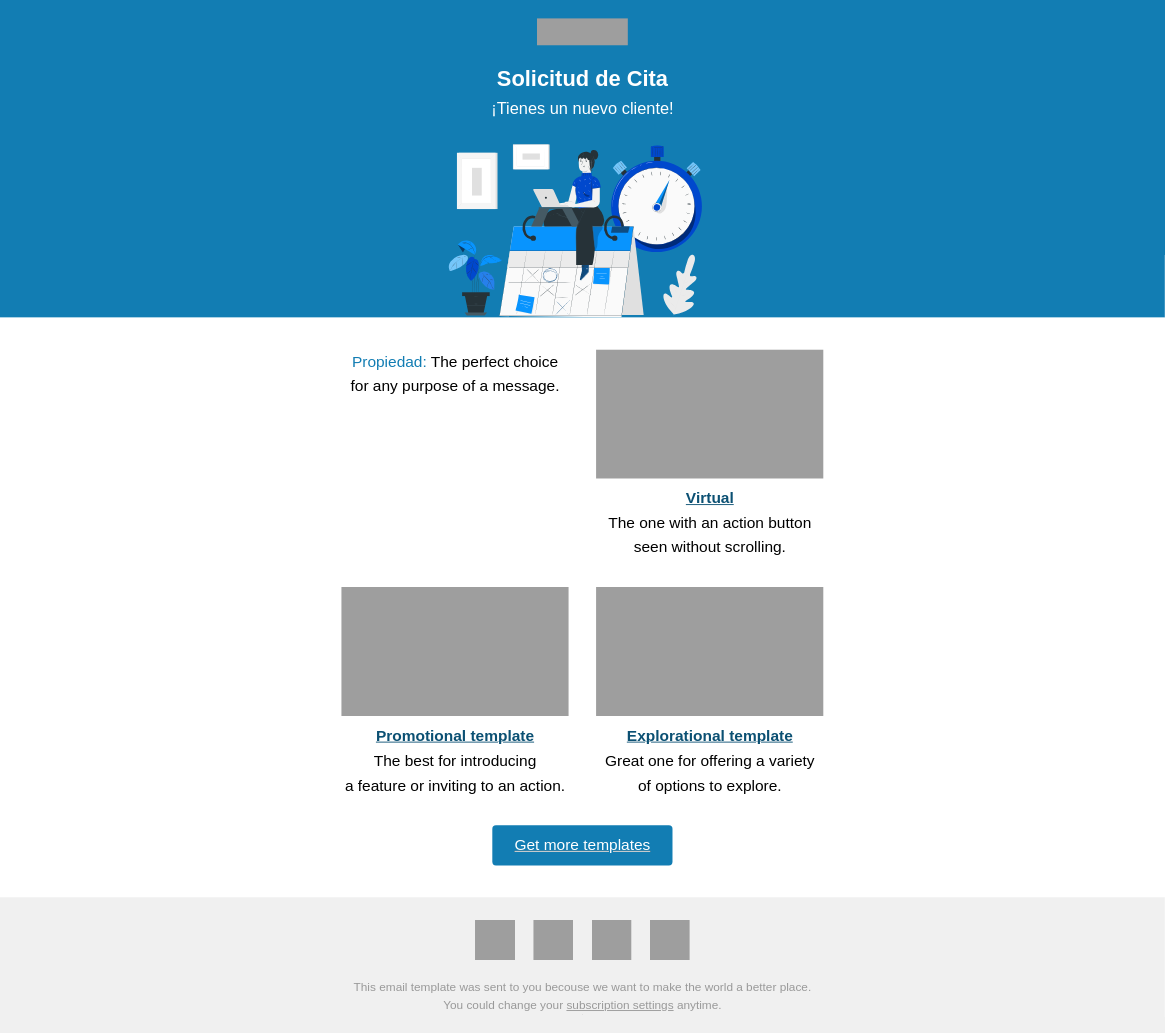
Repository: FabioMadrid/atlas_code
Page: correo_cita_vendedor.html
These files come from the project's save history. The page is drawn as it stood at one moment and after the next save; the edit follows.
The browser window is 1280 px wide. The pictures show the whole page, at 91% of full size.
Pictures or frames that could not be fetched are drawn as grey boxes.

Above is the page before, as saved 2021-01-14 16:24:48.

### correo_cita_vendedor.html
<html xmlns="http://www.w3.org/1999/xhtml">
<head>
	<meta http-equiv="content-type" content="text/html; charset=utf-8">
  	<meta name="viewport" content="width=device-width, initial-scale=1.0;">
 	<meta name="format-detection" content="telephone=no"/>

	<style>
/* Reset styles */
    body {
        margin: 0; padding: 0; min-width: 100%; width: 100% !important; height: 100% !important;
        }
    body, table, td, div, p, a {
        -webkit-font-smoothing: antialiased; text-size-adjust: 100%; -ms-text-size-adjust: 100%;
        -webkit-text-size-adjust: 100%; line-height: 100%;
        }
    table, td {
         mso-table-lspace: 0pt; mso-table-rspace: 0pt;
         border-collapse: collapse !important; border-spacing: 0; }
    img {
        border: 0; line-height: 100%; outline: none; text-decoration: none;
        -ms-interpolation-mode: bicubic;
        }
    #outlook a { padding: 0; }
    .ReadMsgBody { width: 100%; }
    .ExternalClass { width: 100%; }
    .ExternalClass, .ExternalClass p, .ExternalClass span, .ExternalClass font, .E
    xternalClass td, .ExternalClass div {
        line-height: 100%;
        }

/* Extra floater space for advanced mail clients only */
@media all and (max-width: 600px) {
	.floater { width: 320px; }
}

/* Set color for auto links (addresses, dates, etc.) */
a, a:hover {
	color: #127DB3;
}
.footer a, .footer a:hover {
	color: #999999;
}

 	</style>

	<!-- MESSAGE SUBJECT -->
	<title>Cita Confirmada</title>

</head>

<!-- BODY -->
<!-- Set message background color (twice) and text color (twice) -->
<body topmargin="0" rightmargin="0" bottommargin="0" leftmargin="0" marginwidth="0" marginheight="0" width="100%" style="border-collapse: collapse; border-spacing: 0; margin: 0; padding: 0; width: 100%; height: 100%; -webkit-font-smoothing: antialiased; text-size-adjust: 100%; -ms-text-size-adjust: 100%; -webkit-text-size-adjust: 100%; line-height: 100%;
	background-color: #FFFFFF;
	color: #000000;"
	bgcolor="#FFFFFF"
	text="#000000">

<!-- SECTION / BACKGROUND -->
<!-- Set section background color -->
<table width="100%" align="center" border="0" cellpadding="0" cellspacing="0" style="border-collapse: collapse; border-spacing: 0; margin: 0; padding: 0; width: 100%;" class="background"><tr><td align="center" valign="top" style="border-collapse: collapse; border-spacing: 0; margin: 0; padding: 0;"
	bgcolor="#127DB3">

<!-- WRAPPER -->
<!-- Set wrapper width (twice) -->
<table border="0" cellpadding="0" cellspacing="0" align="center"
	width="600" style="border-collapse: collapse; border-spacing: 0; padding: 0; width: inherit;
	max-width: 600px;" class="wrapper">

	<tr>
		<td align="center" valign="top" style="border-collapse: collapse; border-spacing: 0; margin: 0; padding: 0; padding-left: 6.25%; padding-right: 6.25%; width: 87.5%;
			padding-top: 20px;">

			<!-- PREHEADER -->
			<!-- Set text color to background color -->
			<div style="display: none; visibility: hidden; overflow: hidden; opacity: 0; font-size: 1px; line-height: 1px; height: 0; max-height: 0; max-width: 0;
			color: #FFFFFF;" class="preheader">
				Available on&nbsp;GitHub and&nbsp;CodePen. holis aqui va un texto</div>

			<!-- LOGO -->
			<!-- Image text color should be opposite to background color. Set your url, image src, alt and title. Alt text should fit the image size. Real image size should be x2. URL format: http://domain.com/?utm_source={{Campaign-Source}}&utm_medium=email&utm_content=logo&utm_campaign={{Campaign-Name}} -->
			<a target="_blank" style="text-decoration: none;"
				href="https://github.com/konsav/email-templates/"><img border="0" vspace="0" hspace="0"
				src="https://raw.githubusercontent.com/konsav/email-templates/master/images/logo-white.png"
				width="100" height="30"
				alt="Logo" title="Logo" style="
				color: #000000;
				font-size: 10px; margin: 0; padding: 0; outline: none; text-decoration: none; -ms-interpolation-mode: bicubic; border: none; display: block;" /></a>

		</td>
	</tr>

	<!-- HEADER -->
	<!-- Set text color and font family ("sans-serif" or "Georgia, serif") -->
	<tr>
		<td align="center" valign="top" style="border-collapse: collapse; border-spacing: 0; margin: 0; padding: 0; padding-left: 6.25%; padding-right: 6.25%; width: 87.5%; font-size: 24px; font-weight: bold; line-height: 130%;
			padding-top: 20px;
			color: #FFFFFF;
			font-family: sans-serif;" class="header">
				Solicitud de Cita
		</td>
	</tr>

	<!-- SUBHEADER -->
	<!-- Set text color and font family ("sans-serif" or "Georgia, serif") -->
	<tr>
		<td align="center" valign="top" style="border-collapse: collapse; border-spacing: 0; margin: 0; padding: 0; padding-bottom: 3px; padding-left: 6.25%; padding-right: 6.25%; width: 87.5%; font-size: 18px; font-weight: 300; line-height: 150%;
			padding-top: 5px;
			color: #FFFFFF;
			font-family: sans-serif;" class="subheader">
				¡Tienes un nuevo cliente!
		</td>
	</tr>

	<!-- HERO IMAGE -->
	<!-- Image text color should be opposite to background color. Set your url, image src, alt and title. Alt text should fit the image size. Real image size should be x2 (wrapper x2). Do not set height for flexible images (including "auto"). URL format: http://domain.com/?utm_source={{Campaign-Source}}&utm_medium=email&utm_content={{Ìmage-Name}}&utm_campaign={{Campaign-Name}} -->
	<tr>
		<td align="center" valign="top" style="border-collapse: collapse; border-spacing: 0; margin: 0; padding: 0;
			padding-top: 20px;" class="hero"><a target="_blank" style="text-decoration: none;"
			href="#"><img border="0" vspace="0" hspace="0"
			src="./svg/calendario_mujer.svg"
			alt="Please enable images to view this content" title="Hero Image"
			width="530" style="
			width: 88.33%;
			max-width: 530px;
			color: #FFFFFF; font-size: 13px; margin: 0; padding: 0; outline: none; text-decoration: none; -ms-interpolation-mode: bicubic; border: none; display: block;"/></a></td>
	</tr>


<!-- End of WRAPPER -->
</table>

<!-- SECTION / BACKGROUND -->
<!-- Set section background color -->
</td></tr><tr><td align="center" valign="top" style="border-collapse: collapse; border-spacing: 0; margin: 0; padding: 0;
	padding-top: 5px;"
	bgcolor="#FFFFFF">

<!-- WRAPPER -->
<!-- Set conteiner background color -->
<table border="0" cellpadding="0" cellspacing="0" align="center"
	width="600" style="border-collapse: collapse; border-spacing: 0; padding: 0; width: inherit;
	max-width: 600px;">

	<!-- FLOATERS -->
	<!-- Floaters (left align tables) need extra 10px spacing in a line (Outlook fix). Floater table width = (wrapper width / 2) - 10px. Set text color and font family ("sans-serif" or "Georgia, serif"). Duplicate all text styles in links, including line-height. Image text color should be opposite to background color. Set your url, image src, alt and title. Alt text should fit the image size. Real image size should be x2. Do not set height for flexible images (including "auto"). URL format: http://domain.com/?utm_source={{Campaign-Source}}&utm_medium=email&utm_content={{Ìmage-Name}}&utm_campaign={{Campaign-Name}} -->
	<tr>
		<td align="center" valign="top" style="border-collapse: collapse; border-spacing: 0; margin: 0; padding: 0; padding-left: 10px; padding-right: 10px;" class="floaters"><table width="280" border="0" cellpadding="0" cellspacing="0" align="left" valign="top" style="border-collapse: collapse; mso-table-lspace: 0pt; mso-table-rspace: 0pt; border-spacing: 0; margin: 0; padding: 0; display: inline-table; float: none;" class="floater"><tr><td align="center" valign="top" style="border-collapse: collapse; border-spacing: 0; margin: 0; padding: 0; padding-left: 15px; padding-right: 15px; font-size: 17px; font-weight: 400; line-height: 160%;
			padding-top: 30px;
			font-family: sans-serif;
            color: #000000;">
            <a target="_blank" style="text-decoration: none;
			font-size: 17px; line-height: 160%;"
			href="https://github.com/konsav/email-templates">Propiedad:</b></a>
				The&nbsp;perfect choice for any purpose of a&nbsp;message.
        </td>
    </tr>
    </table><table width="280" border="0" cellpadding="0" cellspacing="0" align="right" valign="top" style="border-collapse: collapse; mso-table-lspace: 0pt; mso-table-rspace: 0pt; border-spacing: 0; margin: 0; padding: 0; display: inline-table; float: none;" class="floater"><tr><td align="center" valign="top" style="border-collapse: collapse; border-spacing: 0; margin: 0; padding: 0; padding-left: 15px; padding-right: 15px; font-size: 17px; font-weight: 400; line-height: 160%;
			padding-top: 30px;
			font-family: sans-serif;
			color: #000000;"><a target="_blank" style="text-decoration: none;
			font-size: 17px; line-height: 160%;"
			href="https://github.com/konsav/email-templates"><img border="0" vspace="0" hspace="0"
			src="https://raw.githubusercontent.com/konsav/email-templates/master/images/hero-grid.png"
			width="250" height="142"
			alt="Grid Item" title="Grid Item" style="
			color: #000000; font-size: 10px; margin: 0; padding: 0; outline: none; text-decoration: none; -ms-interpolation-mode: bicubic; border: none; display: block; margin-bottom: 8px;" />
				<b style="color:#0B5073; text-decoration: underline;">Virtual</b></a><br/>
				The&nbsp;one with an&nbsp;action button seen without scrolling.
		</td></tr></table></td>
	</tr>

	<!-- FLOATERS -->
	<!-- Floaters (left align tables) need extra 10px spacing in a line (Outlook fix). Floater table width = (wrapper width / 2) - 10px. Set text color and font family ("sans-serif" or "Georgia, serif"). Duplicate all text styles in links, including line-height. Image text color should be opposite to background color. Set your url, image src, alt and title. Alt text should fit the image size. Real image size should be x2. Do not set height for flexible images (including "auto"). URL format: http://domain.com/?utm_source={{Campaign-Source}}&utm_medium=email&utm_content={{Ìmage-Name}}&utm_campaign={{Campaign-Name}} -->
	<tr>
		<td align="center" valign="top" style="border-collapse: collapse; border-spacing: 0; margin: 0; padding: 0; padding-left: 10px; padding-right: 10px;" class="floaters"><table width="280" border="0" cellpadding="0" cellspacing="0" align="right" valign="top" style="border-collapse: collapse; mso-table-lspace: 0pt; mso-table-rspace: 0pt; border-spacing: 0; margin: 0; padding: 0; display: inline-table; float: none;" class="floater"><tr><td align="center" valign="top" style="border-collapse: collapse; border-spacing: 0; margin: 0; padding: 0; padding-left: 15px; padding-right: 15px; font-size: 17px; font-weight: 400; line-height: 160%;
			padding-top: 30px;
			font-family: sans-serif;
			color: #000000;"><a target="_blank" style="text-decoration: none;
			font-size: 17px; line-height: 160%;"
			href="https://github.com/konsav/email-templates"><img border="0" vspace="0" hspace="0"
			src="https://raw.githubusercontent.com/konsav/email-templates/master/images/hero-grid.png"
			width="250" height="142"
			alt="Grid Item" title="Grid Item" style="
			color: #000000; font-size: 10px; margin: 0; padding: 0; outline: none; text-decoration: none; -ms-interpolation-mode: bicubic; border: none; display: block; margin-bottom: 8px;" />
				<b style="color:#0B5073; text-decoration: underline;">Promotional template</b></a><br/>
				The&nbsp;best for introducing a&nbsp;feature or&nbsp;inviting to an&nbsp;action.
		</td></tr></table><table width="280" border="0" cellpadding="0" cellspacing="0" align="left" valign="top" style="border-collapse: collapse; mso-table-lspace: 0pt; mso-table-rspace: 0pt; border-spacing: 0; margin: 0; padding: 0; display: inline-table; float: none;" class="floater"><tr><td align="center" valign="top" style="border-collapse: collapse; border-spacing: 0; margin: 0; padding: 0; padding-left: 15px; padding-right: 15px; font-size: 17px; font-weight: 400; line-height: 160%;
			padding-top: 30px;
			font-family: sans-serif;
			color: #000000;"><a target="_blank" style="text-decoration: none;
			font-size: 17px; line-height: 160%;"
			href="https://github.com/konsav/email-templates"><img border="0" vspace="0" hspace="0"
			src="https://raw.githubusercontent.com/konsav/email-templates/master/images/hero-grid.png"
			width="250" height="142"
			alt="Grid Item" title="Grid Item" style="
			color: #000000; font-size: 10px; margin: 0; padding: 0; outline: none; text-decoration: none; -ms-interpolation-mode: bicubic; border: none; display: block; margin-bottom: 8px;" />
				<b style="color:#0B5073; text-decoration: underline;">Explorational template</b></a><br/>
				Great&nbsp;one for offering a&nbsp;variety of&nbsp;options to&nbsp;explore.
		</td></tr></table></td>
	</tr>

	<!-- BUTTON -->
	<!-- Set button background color at TD, link/text color at A and TD, font family ("sans-serif" or "Georgia, serif") at TD. For verification codes add "letter-spacing: 5px;". Link format: http://domain.com/?utm_source={{Campaign-Source}}&utm_medium=email&utm_content={{Button-Name}}&utm_campaign={{Campaign-Name}} -->
 	<tr>
		<td align="center" valign="top" style="border-collapse: collapse; border-spacing: 0; margin: 0; padding: 0; padding-left: 6.25%; padding-right: 6.25%; width: 87.5%;
			padding-top: 30px;
			padding-bottom: 35px;" class="button"><a
			href="https://github.com/konsav/email-templates/" target="_blank" style="text-decoration: underline;">
				<table border="0" cellpadding="0" cellspacing="0" align="center" style="max-width: 240px; min-width: 120px; border-collapse: collapse; border-spacing: 0; padding: 0;"><tr><td align="center" valign="middle" style="padding: 12px 24px; margin: 0; text-decoration: underline; border-collapse: collapse; border-spacing: 0; border-radius: 4px; -webkit-border-radius: 4px; -moz-border-radius: 4px; -khtml-border-radius: 4px;"
					bgcolor="#127DB3"><a target="_blank" style="text-decoration: underline;
					color: #FFFFFF; font-family: sans-serif; font-size: 17px; font-weight: 400; line-height: 120%;"
					href="https://github.com/konsav/email-templates/">
						Get more templates
					</a>
			</td></tr></table></a>
		</td>
	</tr>

<!-- End of WRAPPER -->
</table>

<!-- SECTION / BACKGROUND -->
<!-- Set section background color -->
</td></tr><tr><td align="center" valign="top" style="border-collapse: collapse; border-spacing: 0; margin: 0; padding: 0;"
	bgcolor="#F0F0F0">

<!-- WRAPPER -->
<!-- Set wrapper width (twice) -->
<table border="0" cellpadding="0" cellspacing="0" align="center"
	width="600" style="border-collapse: collapse; border-spacing: 0; padding: 0; width: inherit;
	max-width: 600px;" class="wrapper">

	<!-- SOCIAL NETWORKS -->
	<!-- Image text color should be opposite to background color. Set your url, image src, alt and title. Alt text should fit the image size. Real image size should be x2 -->
	<tr>
		<td align="center" valign="top" style="border-collapse: collapse; border-spacing: 0; margin: 0; padding: 0; padding-left: 6.25%; padding-right: 6.25%; width: 87.5%;
			padding-top: 25px;" class="social-icons"><table
			width="256" border="0" cellpadding="0" cellspacing="0" align="center" style="border-collapse: collapse; border-spacing: 0; padding: 0;">
			<tr>

				<!-- ICON 1 -->
				<td align="center" valign="middle" style="margin: 0; padding: 0; padding-left: 10px; padding-right: 10px; border-collapse: collapse; border-spacing: 0;"><a target="_blank"
					href="https://raw.githubusercontent.com/konsav/email-templates/"
				style="text-decoration: none;"><img border="0" vspace="0" hspace="0" style="padding: 0; margin: 0; outline: none; text-decoration: none; -ms-interpolation-mode: bicubic; border: none; display: inline-block;
					color: #000000;"
					alt="F" title="Facebook"
					width="44" height="44"
					src="https://raw.githubusercontent.com/konsav/email-templates/master/images/social-icons/facebook.png"></a></td>

				<!-- ICON 2 -->
				<td align="center" valign="middle" style="margin: 0; padding: 0; padding-left: 10px; padding-right: 10px; border-collapse: collapse; border-spacing: 0;"><a target="_blank"
					href="https://raw.githubusercontent.com/konsav/email-templates/"
				style="text-decoration: none;"><img border="0" vspace="0" hspace="0" style="padding: 0; margin: 0; outline: none; text-decoration: none; -ms-interpolation-mode: bicubic; border: none; display: inline-block;
					color: #000000;"
					alt="T" title="Twitter"
					width="44" height="44"
					src="https://raw.githubusercontent.com/konsav/email-templates/master/images/social-icons/twitter.png"></a></td>

				<!-- ICON 3 -->
				<td align="center" valign="middle" style="margin: 0; padding: 0; padding-left: 10px; padding-right: 10px; border-collapse: collapse; border-spacing: 0;"><a target="_blank"
					href="https://raw.githubusercontent.com/konsav/email-templates/"
				style="text-decoration: none;"><img border="0" vspace="0" hspace="0" style="padding: 0; margin: 0; outline: none; text-decoration: none; -ms-interpolation-mode: bicubic; border: none; display: inline-block;
					color: #000000;"
					alt="G" title="Google Plus"
					width="44" height="44"
					src="https://raw.githubusercontent.com/konsav/email-templates/master/images/social-icons/googleplus.png"></a></td>

				<!-- ICON 4 -->
				<td align="center" valign="middle" style="margin: 0; padding: 0; padding-left: 10px; padding-right: 10px; border-collapse: collapse; border-spacing: 0;"><a target="_blank"
					href="https://raw.githubusercontent.com/konsav/email-templates/"
				style="text-decoration: none;"><img border="0" vspace="0" hspace="0" style="padding: 0; margin: 0; outline: none; text-decoration: none; -ms-interpolation-mode: bicubic; border: none; display: inline-block;
					color: #000000;"
					alt="I" title="Instagram"
					width="44" height="44"
					src="https://raw.githubusercontent.com/konsav/email-templates/master/images/social-icons/instagram.png"></a></td>

			</tr>
			</table>
		</td>
	</tr>

	<!-- FOOTER -->
	<!-- Set text color and font family ("sans-serif" or "Georgia, serif"). Duplicate all text styles in links, including line-height -->
	<tr>
		<td align="center" valign="top" style="border-collapse: collapse; border-spacing: 0; margin: 0; padding: 0; padding-left: 6.25%; padding-right: 6.25%; width: 87.5%; font-size: 13px; font-weight: 400; line-height: 150%;
			padding-top: 20px;
			padding-bottom: 20px;
			color: #999999;
			font-family: sans-serif;" class="footer">

				This email template was sent to&nbsp;you becouse we&nbsp;want to&nbsp;make the&nbsp;world a&nbsp;better place.<br/> You&nbsp;could change your <a href="https://github.com/konsav/email-templates/" target="_blank" style="text-decoration: underline; color: #999999; font-family: sans-serif; font-size: 13px; font-weight: 400; line-height: 150%;">subscription settings</a> anytime.

				<!-- ANALYTICS -->
				<!-- https://www.google-analytics.com/collect?v=1&tid={{UA-Tracking-ID}}&cid={{Client-ID}}&t=event&ec=email&ea=open&cs={{Campaign-Source}}&cm=email&cn={{Campaign-Name}} -->
				<img width="1" height="1" border="0" vspace="0" hspace="0" style="margin: 0; padding: 0; outline: none; text-decoration: none; -ms-interpolation-mode: bicubic; border: none; display: block;"
				src="https://raw.githubusercontent.com/konsav/email-templates/master/images/tracker.png" />

		</td>
	</tr>

<!-- End of WRAPPER -->
</table>

<!-- End of SECTION / BACKGROUND -->
</td></tr></table>

</body>
</html>

After the next save:
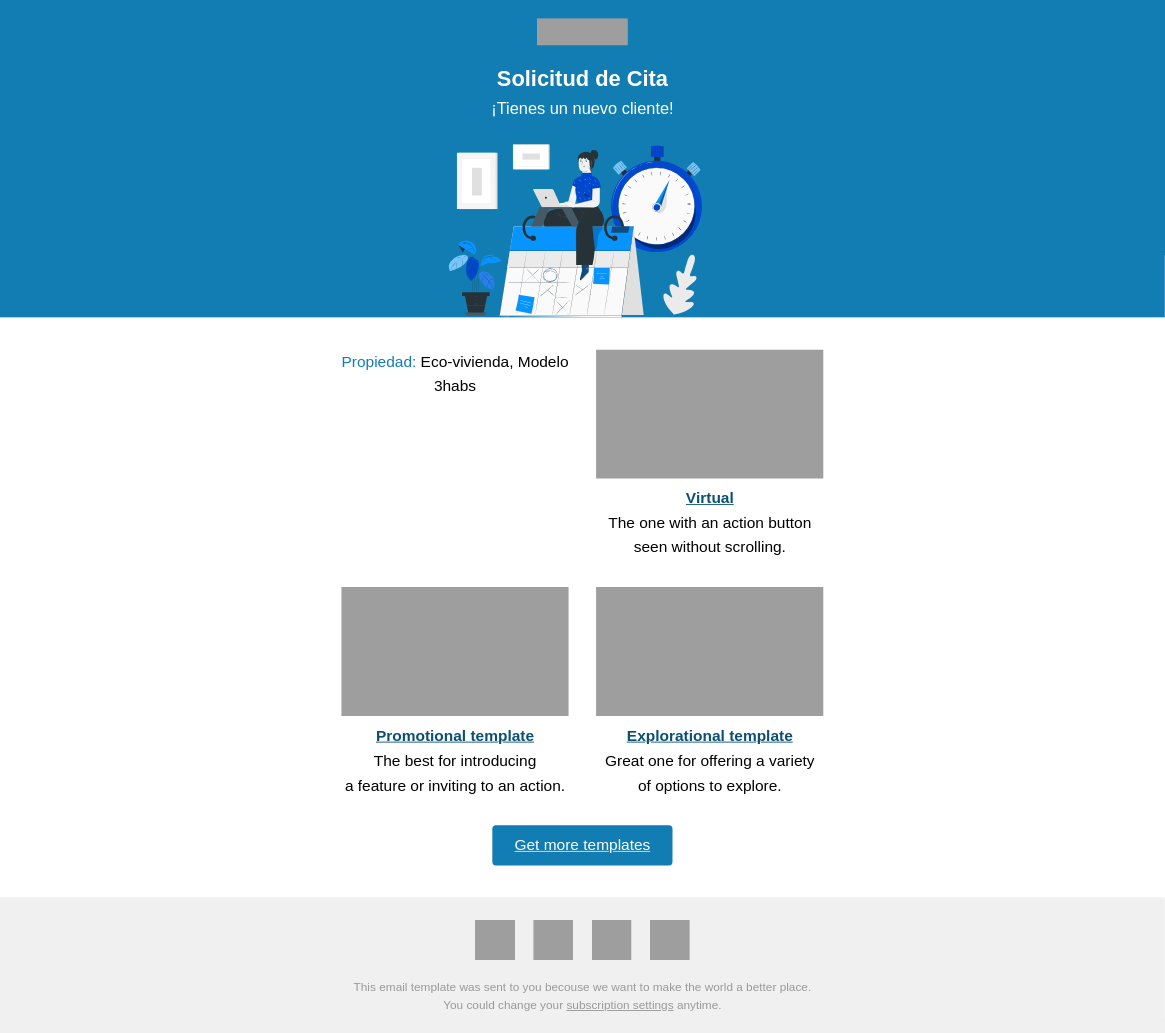
Saved 29 s later.
--- a/correo_cita_vendedor.html
+++ b/correo_cita_vendedor.html
@@ -152,7 +152,7 @@ a, a:hover {
             <a target="_blank" style="text-decoration: none;
 			font-size: 17px; line-height: 160%;"
 			href="https://github.com/konsav/email-templates">Propiedad:</b></a>
-				The&nbsp;perfect choice for any purpose of a&nbsp;message.
+				Eco-vivienda, Modelo 3habs
         </td>
     </tr>
     </table><table width="280" border="0" cellpadding="0" cellspacing="0" align="right" valign="top" style="border-collapse: collapse; mso-table-lspace: 0pt; mso-table-rspace: 0pt; border-spacing: 0; margin: 0; padding: 0; display: inline-table; float: none;" class="floater"><tr><td align="center" valign="top" style="border-collapse: collapse; border-spacing: 0; margin: 0; padding: 0; padding-left: 15px; padding-right: 15px; font-size: 17px; font-weight: 400; line-height: 160%;
